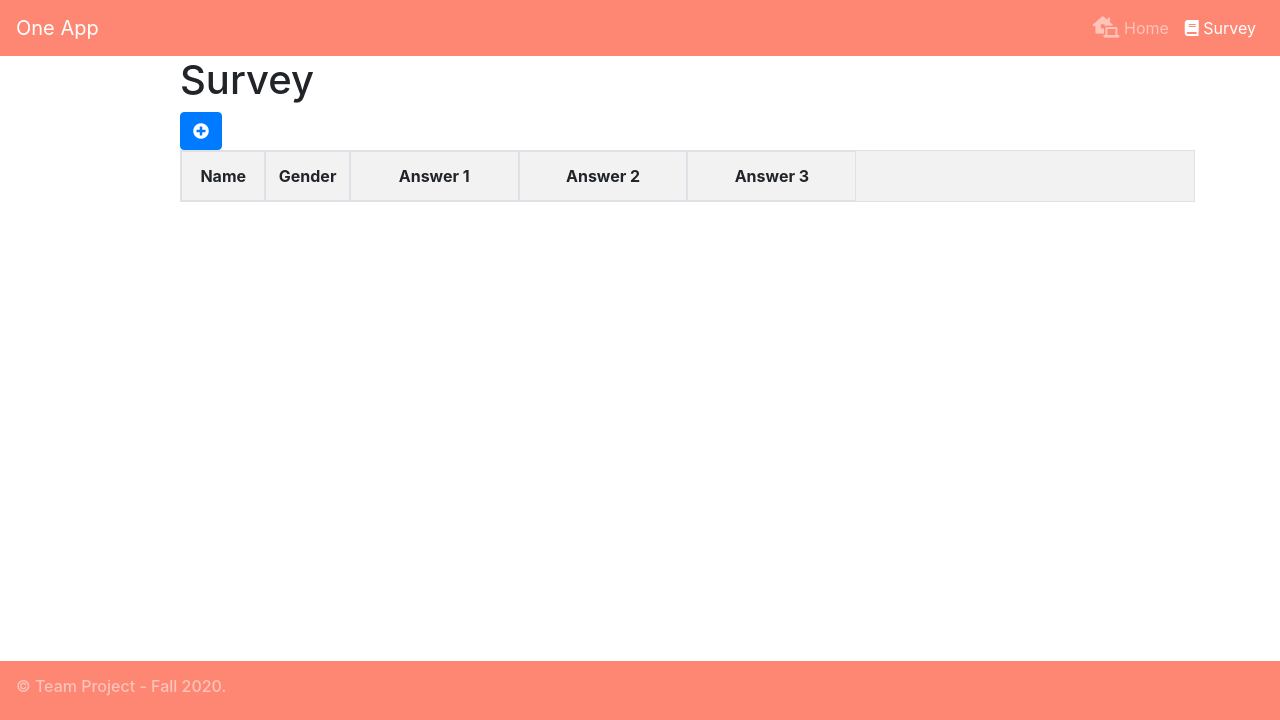
Repository: Dyazho/group-project
Page: http://localhost/survey
An editor plug-in stored every save of this project. The page is shown before and after a run of saves, followed by the edit.
The browser window is 1280 px wide. The pictures show the whole page.
The page is served by the project's Node server (server.js). Queries for data that is not in the repository find no rows.

Above is the page before, as saved 2020-11-16 11:09:10.

After the next 3 saves:
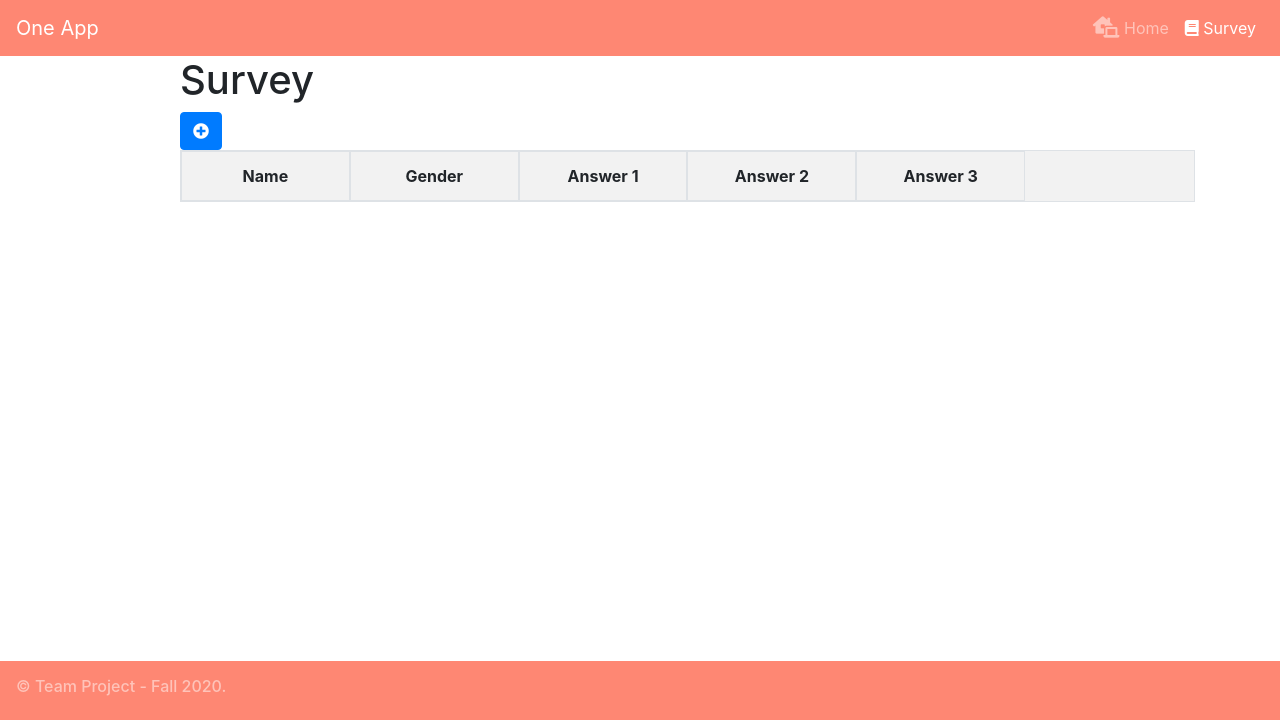
The 3 saves are shown as one change because they came seconds apart.
The last was saved 21 s later.
--- a/server/views/book/list.ejs
+++ b/server/views/book/list.ejs
@@ -14,8 +14,8 @@
             <table class="table table-bordered table-striped table-hover">
                 <!-- Header Row-->
                 <tr class="d-flex">
-                    <th class="text-center col-1">Name</th>
-                    <th class="text-center col-1">Gender</th>
+                    <th class="text-center col-2">Name</th>
+                    <th class="text-center col-2">Gender</th>
                     <th class="text-center col-2">Answer 1</th>
                     <th class="text-center col-2">Answer 2</th>
                     <th class="text-center col-2">Answer 3</th>
